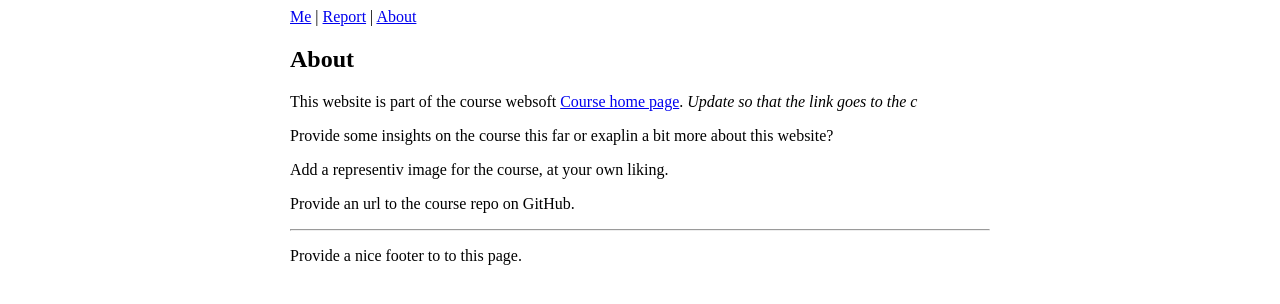
Repository: Webbprogrammering/websoft
Page: work/report/about.html
The author's editor kept a copy of each file at every save. The page is drawn from the files as they stood at one save, then again after the next save.
The browser window is 1280 px wide. The pictures show the whole page.

Above is the page before, as saved 2020-01-24 07:24:02.

### work/report/about.html
<!doctype html>
<html lang="en">
<head>
    <meta charset="utf-8">
    <title>About this site</title>
    <link rel="stylesheet" href="css/style.css">
    <link rel="icon" href="favicon.ico">
</head>

<body>



    <header>
        <nav>
            <a href="https://john-daley.github.io/websoft/work/report/me">Me</a> |
            <a href="https://john-daley.github.io/websoft/work/report/report">Report</a> |
            <a href="https://john-daley.github.io/websoft/work/report/about">About</a>
        </nav>
    </header>


<article>

<h1>About</h1>

<p>This website is part of the course websoft <a href="https://www.hkr.se/kurs/DA377B/kursplan">Course home page</a>. <i>Update so that the link goes to the c</i></p>

<p>Provide some insights on the course this far or exaplin a bit more about this website?</p>

<p>Add a representiv image for the course, at your own liking.</p>

<p>Provide an url to the course repo on GitHub.</p>

</article>

<footer>
    <hr>
    <p>Provide a nice footer to to this page.</p>
</footer>

<script type="text/javascript" src="js/main.js"></script>
</body>
</html>

### work/report/css/style.css
/*
 * Comments are written as C++ style.
 */
html {
    overflow-y: scroll;
}

body {
    margin: 8px auto;
    background: #fff;
    width: 700px;
}

Loaded but not shown: work/report/js/main.js (common file)

After the next save:
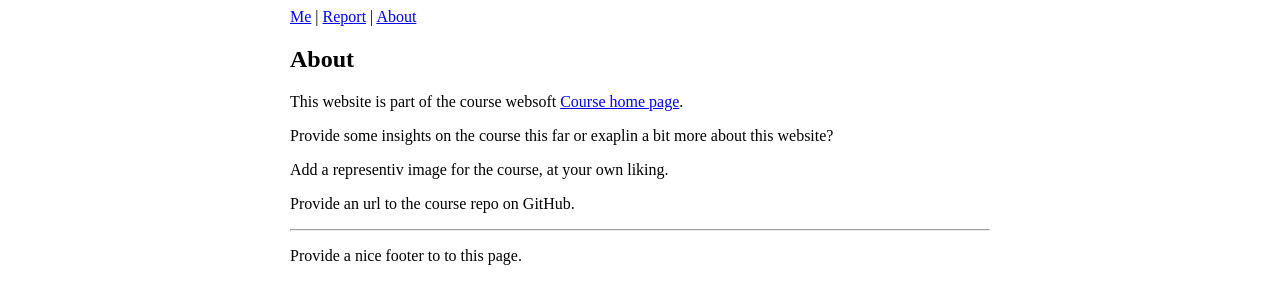
Saved 11 s later.
--- a/work/report/about.html
+++ b/work/report/about.html
@@ -24,7 +24,7 @@
 
 <h1>About</h1>
 
-<p>This website is part of the course websoft <a href="https://www.hkr.se/kurs/DA377B/kursplan">Course home page</a>. <i>Update so that the link goes to the c</i></p>
+<p>This website is part of the course websoft <a href="https://www.hkr.se/kurs/DA377B/kursplan">Course home page</a>. <i></i></p>
 
 <p>Provide some insights on the course this far or exaplin a bit more about this website?</p>
 
